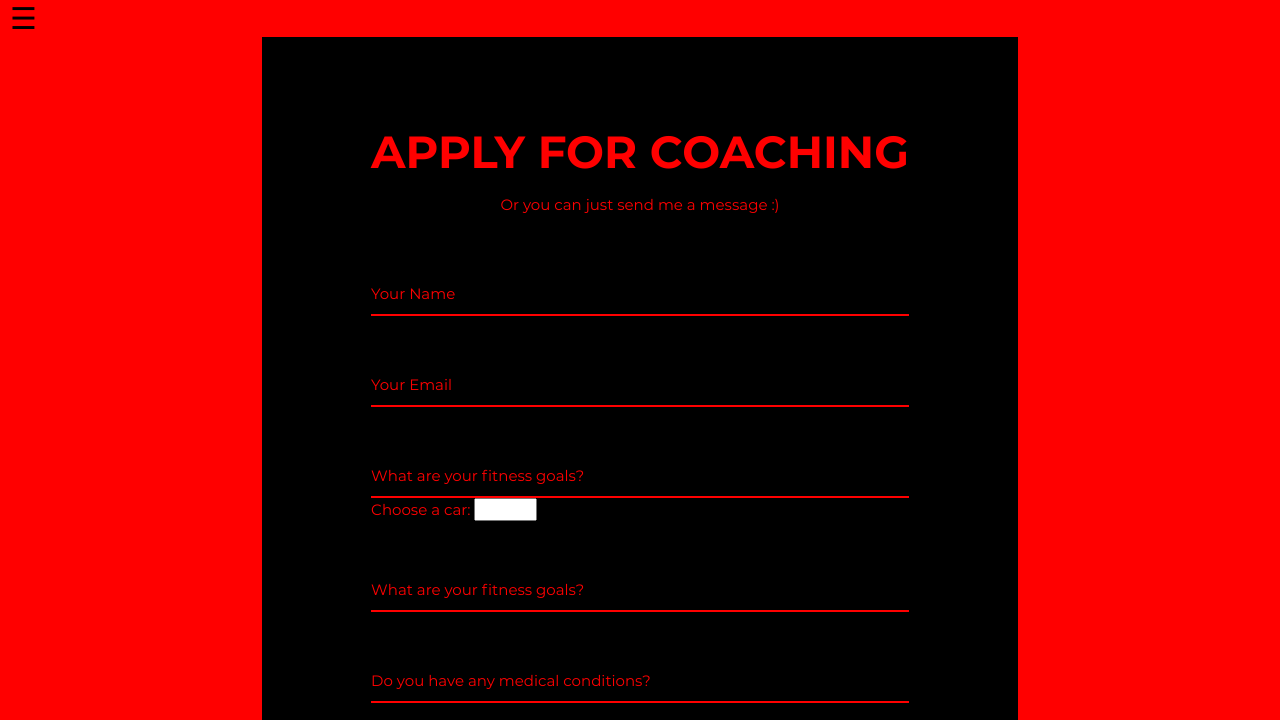
Repository: mamadont/MamadouFitnessWebsite
Page: pages-html/contact-me.html
The author's editor kept a copy of each file at every save. The page is drawn from the files as they stood at one save, then again after the next save.
The browser window is 1280 px wide. The pictures show the whole page.
An inner scrolling area shows only its first screen. Some web libraries are served in a nearby version.

Above is the page before, as saved 2020-07-08 01:16:13.

### pages-html/contact-me.html
<!DOCTYPE html>
<html>

<head>
    <title>Mamadou Fitness</title>
    <link rel="stylesheet" href='../pages-css/contact.css'>
    <meta name="viewport" content="width=device-width, initial-scale=1.0">

    <!-- Animate.CSS-->
    <link rel="stylesheet" href="https://cdnjs.cloudflare.com/ajax/libs/animate.css/4.0.0/animate.min.css" />
    <!-- Font Awesome -->
    <script src="https://kit.fontawesome.com/0a51dc7bb6.js" crossorigin="anonymous"></script>

    <!-- MATERIAL DESIGN ICONIC FONT -->
    <link rel="stylesheet" href="../fonts/material-design-iconic-font/css/material-design-iconic-font.min.css">

</head>

<body>
    <!-- Parent container-->
    <div id="main" class="bg animate__animated animate__slideInLeft">
        <!-- Hamburger Icon-->
        <span class="menu-icon" onclick="openNav()">&#9776; </span>

        <!-- START: Contact form -->
        <div class="wrapper">
            <div class="inner">
                <form action="">
                    <h3>Apply for Coaching</h3>
                    <p>Or you can just send me a message :)</p>
                    <label class="form-group">
						<input type="text" class="form-control"  required>
						<span>Your Name</span>
						<span class="border"></span>
					</label>
                    <label class="form-group">
						<input type="text" class="form-control"  required>
						<span for="">Your Email</span>
						<span class="border"></span>
                    </label>
                    <label class="form-group">
						<textarea name="" id="" class="form-control" required></textarea>
						<span for="">What are your fitness goals?</span>
                        <span class="border"></span>
                        <label for="cars">Choose a car:</label>
                    <select name="cars" id="cars">
                            <option value="volvo">Volvo</option>
                            <option value="saab">Saab</option>
                            <option value="opel">Opel</option>
                            <option value="audi">Audi</option>
                        </select>
                    </label>
                    <label class="form-group">
						<textarea name="" id="" class="form-control" required></textarea>
						<span for="">What are your fitness goals?</span>
						<span class="border"></span>
                    </label>
                    <label class="form-group">
						<textarea name="" id="" class="form-control" required></textarea>
						<span for="">Do you have any medical conditions?</span>
						<span class="border"></span>
					</label>
                    <button>Submit
						<i class="zmdi zmdi-arrow-right"></i>
					</button>
                </form>
            </div>
        </div>
        <!-- END: Contact form -->

    </div>

    <!-- Side menu-->
    <div id="myNav" class="overlay">
        <a href="javascript:void(0)" class="closebtn" onclick="closeNav()">&times;</a>
        <div class="overlay-content">
            <!-- Menu Options -->
            <a href="../index.html">Home</a>
            <a href="./about-me.html">About me</a>
            <a href="./social-media.html">Social Media</a>
            <a href="#">Workout Programs</a>
            <a href="#">Shop</a>
            <a href="./contact-me.html">Apply for Coaching</a>
        </div>
    </div>

    <!-- Javascript for this page-->
    <script src="../scripts/script.js"></script>




    <!-- Necessary script tags for Bootstrap-->
    <script src="https://code.jquery.com/jquery-3.5.1.slim.min.js" integrity="sha384-DfXdz2htPH0lsSSs5nCTpuj/zy4C+OGpamoFVy38MVBnE+IbbVYUew+OrCXaRkfj" crossorigin="anonymous"></script>
    <script src="https://cdn.jsdelivr.net/npm/popper.js@1.16.0/dist/umd/popper.min.js" integrity="sha384-Q6E9RHvbIyZFJoft+2mJbHaEWldlvI9IOYy5n3zV9zzTtmI3UksdQRVvoxMfooAo" crossorigin="anonymous"></script>
</body>

</html>

### pages-css/contact.css
/* Background Image */

body,
html {
    height: 100%;
    font-family: "Montserrat-Regular";
    color: red;
    font-size: 15px;
    margin: 0;
    overflow-x: hidden;
    background-color: red;
}

.bg {
    /* The image used */
    background-color: red;
    /* Full height */
    height: 100%;
    /* Center and scale the image nicely */
    background-position: center;
    background-repeat: no-repeat;
    background-size: cover;
    z-index: -1;
}


/* Hamburger (Menu) icon */

.menu-icon {
    font-size: 30px;
    cursor: pointer;
    padding-left: 10px;
    color: black;
    height: 300px;
    width: 300px;
}


/* Menu overlay */

.overlay {
    height: 100%;
    width: 0;
    position: fixed;
    z-index: 1;
    top: 0;
    left: 0;
    background-color: rgb(0, 0, 0);
    background-color: rgba(0, 0, 0, 0.9);
    overflow-x: hidden;
    transition: 0.5s;
}

.overlay-content {
    position: relative;
    top: 25%;
    width: 100%;
    text-align: center;
    margin-top: 30px;
}

.overlay a {
    padding: 8px;
    text-decoration: none;
    font-size: 36px;
    color: #818181;
    display: block;
    transition: 0.3s;
}

.overlay a:hover,
.overlay a:focus {
    color: red;
    text-decoration: none;
}

.overlay .closebtn {
    position: absolute;
    top: 20px;
    right: 45px;
    font-size: 60px;
}

@media screen and (max-height: 450px) {
    .overlay a {
        font-size: 20px
    }
    .overlay .closebtn {
        font-size: 40px;
        top: 15px;
        right: 35px;
    }
}


/* Contact form */

@font-face {
    font-family: "Montserrat-Regular";
    src: url("../fonts/Montserrat/Montserrat-Regular.ttf");
}

@font-face {
    font-family: "Montserrat-Bold";
    src: url("../fonts/Montserrat/Montserrat-Bold.ttf");
}

@font-face {
    font-family: "Montserrat-SemiBold";
    src: url("../fonts/Montserrat/Montserrat-SemiBold.ttf");
}

* {
    -webkit-box-sizing: border-box;
    -moz-box-sizing: border-box;
    box-sizing: border-box;
}

input,
textarea,
select,
button {
    font-family: "Montserrat-Regular";
    color: #fff;
    font-size: 15px;
}

p,
h1,
h2,
h3,
h4,
h5,
h6,
ul {
    margin: 0;
}

img {
    max-width: 100%;
}

ul {
    padding-left: 0;
    margin-bottom: 0;
}

a:hover {
    text-decoration: none;
}

 :focus {
    outline: none;
}

.wrapper {
    min-height: 100vh;
    display: flex;
    align-items: center;
    background-size: cover;
}

.inner {
    max-width: 758px;
    margin: auto;
    background: black;
    border: 10px solid black;
    padding: 77px 99px 87px;
    /* box-shadow: 0px 0px 10px 0px rgba(0, 0, 0, 0.2);
    -webkit-box-shadow: 0px 0px 10px 0px rgba(0, 0, 0, 0.2);
    -moz-box-shadow: 0px 0px 10px 0px rgba(0, 0, 0, 0.2);
    -ms-box-shadow: 0px 0px 10px 0px rgba(0, 0, 0, 0.2);
    -o-box-shadow: 0px 0px 10px 0px rgba(0, 0, 0, 0.2); */
}

textarea {
    resize: none;
}

h3 {
    text-transform: uppercase;
    font-size: 45px;
    font-family: "Montserrat-Bold";
    text-align: center;
    margin-bottom: 12px;
}

p {
    text-align: center;
    padding: 0 10px;
    margin-bottom: 55px;
    line-height: 1.8;
}

.form-group {
    position: relative;
    display: block;
    margin-bottom: 48px;
}

.form-group span {
    font-size: 15px;
    color: red;
    position: absolute;
    top: 11px;
    transition: all .2s ease;
    transform-origin: 0 0;
    cursor: text;
}

.form-group span.border {
    height: 2px;
    display: block;
    position: absolute;
    width: 100%;
    left: 0;
    top: 41px;
    transform: scaleX(0);
    transition: all .15s ease;
    background: #fff;
}

.form-control {
    border: none;
    border-bottom: 2px solid red;
    display: block;
    width: 100%;
    height: 43px;
    font-size: 15px;
    background: none;
    font-family: "Montserrat-SemiBold";
}

.form-control:focus,
.form-control:valid {
    border-bottom: 2px solid #fff;
}

.form-control:focus+span,
.form-control:valid+span {
    transform: translateY(-22px) scale(0.8);
}

.form-control:focus+span+.border,
.form-control:valid+span+.border {
    transform: scaleX(1);
}

textarea.form-control {
    padding-top: 10px;
    padding-bottom: 10px;
}

button {
    border: none;
    width: 162px;
    height: 51px;
    border: 2px solid #fff;
    margin: auto;
    margin-top: 60px;
    cursor: pointer;
    display: flex;
    align-items: center;
    justify-content: center;
    padding: 0;
    background: none;
    color: #fff;
    text-transform: uppercase;
    font-family: "Montserrat-SemiBold";
    -webkit-transform: perspective(1px) translateZ(0);
    transform: perspective(1px) translateZ(0);
    position: relative;
    -webkit-transition-property: color;
    transition-property: color;
    -webkit-transition-duration: 0.3s;
    transition-duration: 0.3s;
}

button i {
    margin-left: 10px;
    -webkit-transform: translateZ(0);
    transform: translateZ(0);
    -webkit-transition-duration: 0.1s;
    transition-duration: 0.1s;
    -webkit-transition-property: transform;
    transition-property: transform;
    -webkit-transition-timing-function: ease-out;
    transition-timing-function: ease-out;
}

button:before {
    content: "";
    position: absolute;
    z-index: -1;
    top: 0;
    left: 0;
    right: 0;
    bottom: 0;
    background: red;
    -webkit-transform: scaleX(0);
    transform: scaleX(0);
    -webkit-transform-origin: 0 50%;
    transform-origin: 0 50%;
    -webkit-transition-property: transform;
    transition-property: transform;
    -webkit-transition-duration: 0.3s;
    transition-duration: 0.3s;
    -webkit-transition-timing-function: ease-out;
    transition-timing-function: ease-out;
}

button:hover {
    border-color: transparent;
}

button:hover:before {
    -webkit-transform: scaleX(1);
    transform: scaleX(1);
}

button:hover i {
    -webkit-transform: translateX(4px);
    transform: translateX(4px);
}

@media (max-width: 767px) {
    h3 {
        font-size: 38px;
    }
    p {
        font-size: 14px;
        padding: 0;
    }
    .inner {
        padding: 27px 20px 37px;
        border: none;
        box-shadow: none;
        -webkit-box-shadow: none;
        -moz-box-shadow: none;
        -ms-box-shadow: none;
        -o-box-shadow: none;
    }
    .wrapper {
        background: black;
        border: 10px solid red;
    }
}


/*# sourceMappingURL=style.css.map */

### scripts/script.js
function openNav() {
    // Changes width based on the width of the viewport (30% for larger screens, 100% for smaller screens)
    if (window.innerWidth < 1280) {
        document.getElementById("myNav").style.width = "100%";
    } else {
        document.getElementById("myNav").style.width = "30%";
    }

    document.getElementById("main").style.opacity = 0.5;



}

function closeNav() {
    document.getElementById("myNav").style.width = "0%";
    document.getElementById("main").style.opacity = 1.0
}

Loaded but not shown: fonts/material-design-iconic-font/css/material-design-iconic-font.min.css (library)

After the next save:
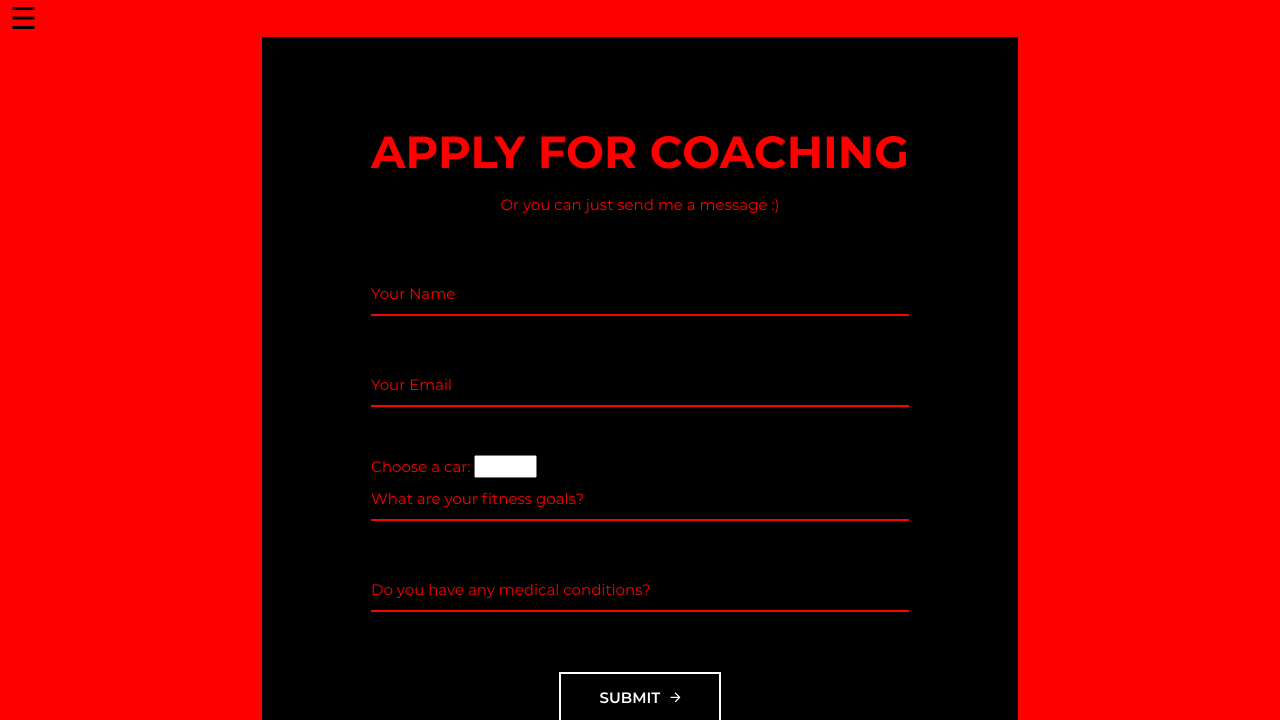
Saved 2 min 27 s later.
--- a/pages-html/contact-me.html
+++ b/pages-html/contact-me.html
@@ -38,17 +38,16 @@
 						<span for="">Your Email</span>
 						<span class="border"></span>
                     </label>
-                    <label class="form-group">
-						<textarea name="" id="" class="form-control" required></textarea>
-						<span for="">What are your fitness goals?</span>
-                        <span class="border"></span>
-                        <label for="cars">Choose a car:</label>
+                    <label class="form-group"></label>
+
+                    <label for="cars">Choose a car:</label>
                     <select name="cars" id="cars">
                             <option value="volvo">Volvo</option>
                             <option value="saab">Saab</option>
                             <option value="opel">Opel</option>
                             <option value="audi">Audi</option>
                         </select>
+                    <span class="border"></span>
                     </label>
                     <label class="form-group">
 						<textarea name="" id="" class="form-control" required></textarea>
